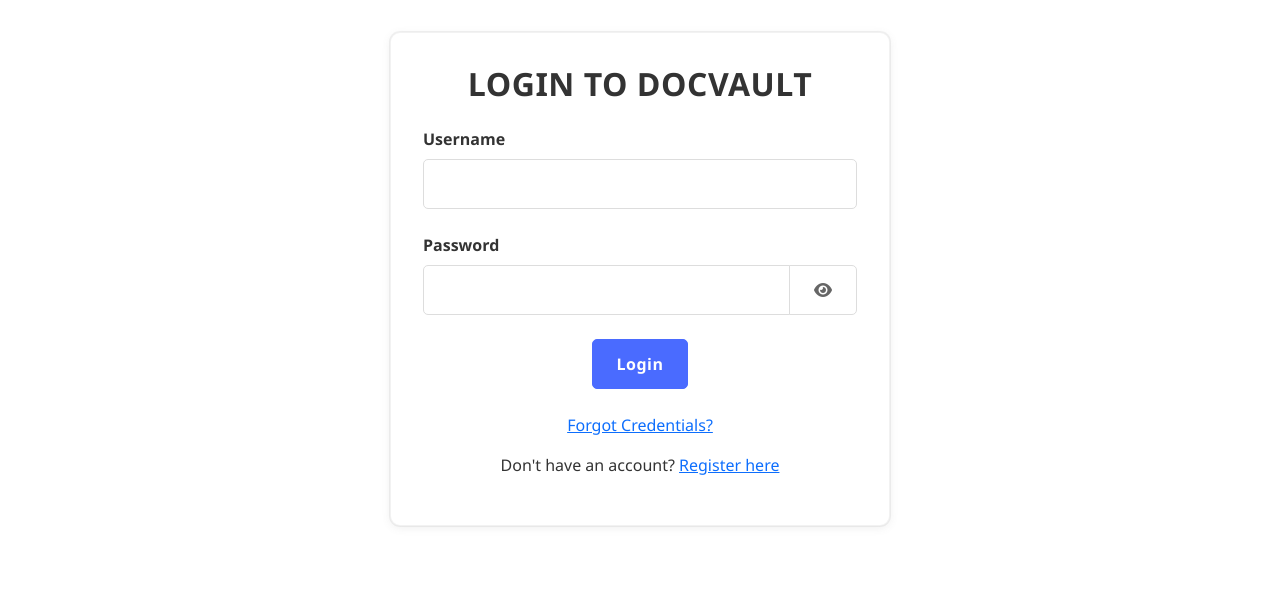
Repository: Satyaveni-Devisetti/DocVault
Page: login.html
The author's editor kept a copy of each file at every save. The page is drawn from the files as they stood at one save, then again after the next save.
The browser window is 1280 px wide. The pictures show the whole page.

Above is the page before, as saved 2025-04-28 14:27:44.
Console error: ReferenceError: emailjs is not defined

### login.html
<!DOCTYPE html>
<html lang="en">
<head>
    <meta charset="UTF-8">
    <meta name="viewport" content="width=device-width, initial-scale=1.0">
    <title>Login - DocVault</title>
    <link href="https://cdn.jsdelivr.net/npm/bootstrap@5.3.0/dist/css/bootstrap.min.css" rel="stylesheet">
    <link rel="stylesheet" href="https://cdnjs.cloudflare.com/ajax/libs/font-awesome/6.0.0/css/all.min.css">
    <link rel="stylesheet" href="styles.css">
</head>
<body>
    <div class="container">
        <div class="row justify-content-center">
            <div class="col-md-6">
                <div class="form-container fade-in">
                    <h2 class="text-center mb-4">Login to DocVault</h2>
                    <div id="alert-container"></div>
                    <form id="login-form">
                        <div class="form-group">
                            <label for="username">Username</label>
                            <input type="text" class="form-control" id="username" name="username" required>
                        </div>
                        <div class="form-group">
                            <label for="password">Password</label>
                            <div class="input-group">
                                <input type="password" class="form-control" id="password" name="password" required>
                                <button class="btn btn-outline-secondary" type="button" id="toggle-password">
                                    <i class="fas fa-eye"></i>
                                </button>
                            </div>
                        </div>
                        <div class="form-group text-center">
                            <button type="submit" class="btn btn-primary btn-block" id="login-button">
                                <span class="button-text">Login</span>
                                <span class="loading d-none"></span>
                            </button>
                        </div>
                        <div class="text-center mt-3">
                            <a href="#" id="forgot-credentials">Forgot Credentials?</a>
                        </div>
                        <div class="text-center mt-3">
                            <p>Don't have an account? <a href="register.html">Register here</a></p>
                        </div>
                    </form>
                </div>
            </div>
        </div>
    </div>

    <!-- Forgot Credentials Modal -->
    <div class="modal fade" id="forgotModal" tabindex="-1">
        <div class="modal-dialog">
            <div class="modal-content">
                <div class="modal-header">
                    <h5 class="modal-title">Recover Credentials</h5>
                    <button type="button" class="btn-close" data-bs-dismiss="modal"></button>
                </div>
                <div class="modal-body">
                    <form id="forgot-form">
                        <div class="form-group">
                            <label for="email">Enter your registered email</label>
                            <input type="email" class="form-control" id="email" name="email" required>
                        </div>
                        <div class="text-center mt-3">
                            <button type="submit" class="btn btn-primary" id="recover-button">
                                <span class="button-text">Recover</span>
                                <span class="loading d-none"></span>
                            </button>
                        </div>
                    </form>
                </div>
            </div>
        </div>
    </div>

    <script src="https://cdn.jsdelivr.net/npm/bootstrap@5.3.0/dist/js/bootstrap.bundle.min.js"></script>
    <script src="https://cdn.jsdelivr.net/npm/@emailjs/browser@3/dist/email.min.js"></script>
    <script>
        (function() {
            emailjs.init("6gwUhzhyxF_mAox_I");
        })();
    </script>
    <script src="script.js"></script>
</body>
</html>

### styles.css
:root {
    --primary-color: #4a6bff;
    --secondary-color: #f8f9fa;
    --text-color: #333;
    --success-color: #28a745;
    --error-color: #dc3545;
}

body {
    font-family: 'Segoe UI', Tahoma, Geneva, Verdana, sans-serif;
    margin: 0;
    padding: 0;
    color: var(--text-color);
}

/* Index Page Styles */
.left-side {
    background-color: var(--secondary-color);
    padding: 2rem;
    display: flex;
    align-items: center;
    justify-content: center;
}

.right-side {
    background-color: white;
    padding: 2rem;
    display: flex;
    flex-direction: column;
    align-items: center;
    justify-content: center;
}

.content h1 {
    font-size: 2.5rem;
    margin-bottom: 1rem;
    color: var(--primary-color);
}

.features {
    list-style: none;
    padding: 0;
}

.features li {
    margin: 1rem 0;
    font-size: 1.1rem;
}

.features i {
    color: var(--primary-color);
    margin-right: 0.5rem;
}

.auth-buttons {
    margin-bottom: 2rem;
}

.auth-buttons .btn {
    margin: 0 0.5rem;
    padding: 0.5rem 1.5rem;
}

.icon-container {
    font-size: 8rem;
    color: var(--primary-color);
    animation: float 3s ease-in-out infinite;
}

@keyframes float {
    0% {
        transform: translateY(0px);
    }
    50% {
        transform: translateY(-20px);
    }
    100% {
        transform: translateY(0px);
    }
}

/* Card and Container Base Styles */
.form-container, .file-card, .alert {
    background: #ffffff;
    border-radius: 10px;
    border: 1px solid rgba(0, 0, 0, 0.05);
    box-shadow: rgba(99, 99, 99, 0.1) 0px 2px 8px 0px, rgba(0, 0, 0, 0.05) 0px 0px 0px 1px;
    transition: all 0.3s ease;
}

.form-container:hover, .file-card:hover {
    box-shadow: rgba(0, 0, 0, 0.1) 0px 10px 15px -3px, rgba(0, 0, 0, 0.05) 0px 4px 6px -2px;
}

.form-container {
    max-width: 500px;
    width: 95%;
    margin: 2rem auto;
    padding: 2rem;
}

.form-container h2 {
    color: #333;
    font-weight: 700;
    margin-bottom: 2rem;
    font-size: clamp(1.5rem, 4vw, 2rem);
    text-transform: uppercase;
    letter-spacing: 0.5px;
}

/* Section Headers */
.section-headers {
    display: flex;
    justify-content: center;
    gap: clamp(1rem, 3vw, 2rem);
    margin-bottom: 2rem;
    padding-bottom: 0.5rem;
    border-bottom: 2px solid #e9ecef;
    flex-wrap: wrap;
}

.section-title {
    color: #666;
    font-size: clamp(1rem, 3vw, 1.25rem);
    font-weight: 600;
    cursor: pointer;
    padding: 0.5rem 1rem;
    margin: 0;
    transition: all 0.3s ease;
    position: relative;
    border: none;
    background: none;
    outline: none;
    white-space: nowrap;
}

.section-title:hover {
    color: var(--primary-color);
}

.section-title.active {
    color: var(--primary-color);
}

.section-title.active::after {
    content: '';
    position: absolute;
    bottom: -0.5rem;
    left: 0;
    width: 100%;
    height: 3px;
    background-color: var(--primary-color);
    transition: all 0.3s ease;
}

/* Form Styles */
.update-form {
    opacity: 0;
    display: none;
    transition: opacity 0.3s ease;
    position: relative;
}

.update-form.active {
    opacity: 1;
    display: block;
}

.form-group {
    margin-bottom: 1.5rem;
}

.form-group label {
    display: block;
    margin-bottom: 0.5rem;
    font-weight: 600;
    color: #333;
    font-size: clamp(0.875rem, 2vw, 1rem);
}

.form-control {
    padding: clamp(0.5rem, 2vw, 0.75rem);
    border-radius: 5px;
    border: 1px solid #ddd;
    width: 100%;
    font-size: clamp(0.875rem, 2vw, 1rem);
    background-color: white;
}

.form-control:focus {
    border-color: var(--primary-color);
    box-shadow: 0 0 0 0.2rem rgba(74, 107, 255, 0.25);
}

/* Input Group for Password Fields */
.input-group {
    display: flex;
    align-items: stretch;
    width: 100%;
    margin-bottom: 1rem;
}

.input-group .form-control {
    border-top-right-radius: 0;
    border-bottom-right-radius: 0;
    margin-bottom: 0;
}

.input-group .btn {
    border-top-left-radius: 0;
    border-bottom-left-radius: 0;
}

/* Button Styles */
.btn {
    padding: clamp(0.5rem, 2vw, 0.75rem) clamp(1rem, 3vw, 1.5rem);
    font-size: clamp(0.875rem, 2vw, 1rem);
    border-radius: 5px;
    transition: all 0.3s ease;
}

.btn-primary {
    background-color: var(--primary-color);
    border-color: var(--primary-color);
    color: white;
    font-weight: 600;
    letter-spacing: 0.5px;
}

.btn-primary:hover {
    transform: translateY(-2px);
    box-shadow: 0 4px 12px rgba(74, 107, 255, 0.2);
}

.btn-outline-secondary {
    background-color: white;
    border-color: #ddd;
    color: #666;
}

.btn-outline-secondary:hover {
    background-color: #f8f9fa;
    border-color: #ddd;
    color: #333;
}

/* File Grid Styles */
.file-grid {
    display: grid;
    grid-template-columns: repeat(auto-fill, minmax(280px, 1fr));
    gap: 1.5rem;
    padding: 1.5rem;
}

.file-card {
    padding: 1.5rem;
    transition: all 0.3s ease;
}

.file-card:hover {
    transform: translateY(-5px);
    box-shadow: rgba(17, 17, 26, 0.1) 0px 8px 24px, rgba(17, 17, 26, 0.1) 0px 16px 56px;
}

.file-actions {
    display: flex;
    justify-content: space-around;
    margin-top: 1rem;
}

.file-actions i {
    cursor: pointer;
    color: var(--primary-color);
    transition: color 0.2s;
}

.file-actions i:hover {
    color: #3a5bef;
}

/* Responsive Design */
@media (max-width: 1200px) {
    .file-grid {
        grid-template-columns: repeat(auto-fill, minmax(250px, 1fr));
        gap: 1.25rem;
        padding: 1.25rem;
    }
}

@media (max-width: 992px) {
    .form-container {
        width: 90%;
        padding: 1.75rem;
    }

    .file-grid {
        grid-template-columns: repeat(auto-fill, minmax(220px, 1fr));
        gap: 1rem;
        padding: 1rem;
    }
}

@media (max-width: 768px) {
    .form-container {
        width: 85%;
        padding: 1.5rem;
        margin: 1.5rem auto;
    }

    .section-headers {
        gap: 1rem;
    }

    .file-grid {
        grid-template-columns: repeat(auto-fill, minmax(200px, 1fr));
    }

    .file-card {
        padding: 1.25rem;
    }
}

@media (max-width: 576px) {
    .form-container {
        width: 92%;
        padding: 1.25rem;
        margin: 1rem auto;
    }

    .section-headers {
        flex-direction: row;
        gap: 0.75rem;
    }

    .section-title {
        padding: 0.4rem 0.8rem;
    }

    .file-grid {
        grid-template-columns: 1fr;
        padding: 0.75rem;
        gap: 1rem;
    }

    .file-card {
        width: 100%;
        min-width: 0;
        max-width: 100%;
        margin: 0 auto 1rem auto;
        box-sizing: border-box;
    }

    .form-group {
        margin-bottom: 1rem;
    }
}

/* Animations */
.fade-in {
    animation: fadeIn 0.5s ease-in;
}

@keyframes fadeIn {
    from {
        opacity: 0;
        transform: translateY(20px);
    }
    to {
        opacity: 1;
        transform: translateY(0);
    }
}

/* Loading Animation */
.loading {
    display: inline-block;
    width: 20px;
    height: 20px;
    border: 3px solid rgba(255,255,255,.3);
    border-radius: 50%;
    border-top-color: #fff;
    animation: spin 1s ease-in-out infinite;
}

@keyframes spin {
    to { transform: rotate(360deg); }
}

/* Error and Success Messages */
.alert {
    margin: 1rem 0;
    padding: clamp(0.75rem, 2vw, 1rem);
    font-size: clamp(0.875rem, 2vw, 1rem);
}

.alert-success {
    background-color: #d4edda;
    border-color: #c3e6cb;
    color: #155724;
}

.alert-error {
    background-color: #f8d7da;
    border-color: #f5c6cb;
    color: #721c24;
}

.spinner-border-sm {
    width: 1rem;
    height: 1rem;
    border-width: 0.2em;
}

.btn:disabled {
    cursor: not-allowed;
    opacity: 0.8;
}

/* Navbar Styles */
.navbar {
    padding: 0.75rem 0;
    background-color: var(--primary-color) !important;
    width: 100%;
    margin: 0;
    box-shadow: 0 2px 8px rgba(0, 0, 0, 0.1);
}

.navbar .container {
    display: flex;
    justify-content: space-between;
    align-items: center;
    padding: 0 2rem;
}

.navbar-brand {
    display: flex;
    align-items: center;
    color: white !important;
    font-size: 1.5rem;
    font-weight: 600;
    text-decoration: none;
}

.navbar-logo {
    width: 40px;
    height: 40px;
    border-radius: 50%;
    margin-right: 12px;
    border: 2px solid white;
    object-fit: cover;
}

.navbar-nav {
    display: flex;
    align-items: center;
    gap: 1.5rem;
}

.nav-link {
    color: white !important;
    text-decoration: none;
    display: flex;
    flex-direction: column;
    align-items: center;
    transition: all 0.3s ease;
}

.nav-icon-circle {
    width: 40px;
    height: 40px;
    border-radius: 50%;
    background: rgba(255, 255, 255, 0.1);
    display: flex;
    align-items: center;
    justify-content: center;
    margin-bottom: 0.5rem;
    border: 2px solid rgba(255, 255, 255, 0.2);
    transition: all 0.3s ease;
}

.nav-link:hover .nav-icon-circle {
    background: white;
    border-color: white;
}

.nav-link:hover .nav-icon-circle i {
    color: var(--primary-color);
}

.nav-link span {
    font-size: 0.875rem;
    color: white;
}

/* Main Icon Styles */
.main-icon {
    display: flex;
    justify-content: center;
    align-items: center;
    height: 100%;
    padding: 2rem;
}

.circular-icon {
    width: 300px;
    height: 300px;
    border-radius: 50%;
    object-fit: cover;
    box-shadow: 0 4px 20px rgba(0, 0, 0, 0.15);
    border: 6px solid var(--primary-color);
}

/* Responsive Styles */
@media (max-width: 1200px) {
    .circular-icon {
        width: 250px;
        height: 250px;
    }
}

@media (max-width: 992px) {
    .navbar-logo {
        width: 40px;
        height: 40px;
    }

    .circular-icon {
        width: 200px;
        height: 200px;
    }
}

@media (max-width: 768px) {
    .navbar .container {
        padding: 0 1rem;
    }

    .navbar-brand {
        font-size: 1.25rem;
    }

    .navbar-logo {
        width: 32px;
        height: 32px;
        margin-right: 8px;
    }

    .circular-icon {
        width: 180px;
        height: 180px;
        border-width: 4px;
    }

    .nav-icon-circle {
        width: 32px;
        height: 32px;
        margin-bottom: 0.25rem;
    }

    .nav-link span {
        font-size: 0.75rem;
    }
}

@media (max-width: 576px) {
    .navbar .container {
        padding: 0 0.75rem;
    }

    .navbar-brand {
        font-size: 1.1rem;
    }

    .navbar-logo {
        width: 28px;
        height: 28px;
        margin-right: 6px;
    }

    .circular-icon {
        width: 150px;
        height: 150px;
    }

    .nav-icon-circle {
        width: 28px;
        height: 28px;
    }

    .section-headers {
        gap: 1rem;
    }

    .section-title {
        font-size: 1.1rem;
        padding: 0.4rem 0.8rem;
    }

    .form-container {
        padding: 1.5rem;
        margin: 1rem;
    }

    .form-container h2 {
        font-size: 1.5rem;
    }

    .nav-link span {
        font-size: 0.7rem;
    }
}

/* Update Details Page Specific */
.nav-tabs {
    border-bottom: 2px solid #dee2e6;
    margin-bottom: 2rem;
}

.nav-tabs .nav-link {
    color: var(--text-color);
    font-weight: 500;
    padding: 0.75rem 1.5rem;
    border: none;
    border-bottom: 2px solid transparent;
    margin-bottom: -2px;
}

.nav-tabs .nav-link:hover {
    border-color: transparent;
    color: var(--primary-color);
}

.nav-tabs .nav-link.active {
    color: var(--primary-color);
    background: none;
    border-bottom: 2px solid var(--primary-color);
}

.tab-content {
    padding: 1rem 0;
}

/* Responsive Navbar */
@media (min-width: 769px) and (max-width: 1200px) {
    /* Tablet - Keep navbar similar to desktop */
    .navbar .container {
        padding: 0 1.5rem;
    }

    .navbar-logo {
        width: 35px;
        height: 35px;
    }

    .nav-icon-circle {
        width: 35px;
        height: 35px;
    }
}

@media (max-width: 768px) {
    /* Mobile navbar adjustments */
    .navbar {
        padding: 0.5rem 0;
    }

    .navbar .container {
        padding: 0 1rem;
    }

    .navbar-brand {
        font-size: 1.25rem;
    }

    .navbar-logo {
        width: 32px;
        height: 32px;
        margin-right: 8px;
    }

    .navbar-nav {
        gap: 1rem;
    }

    .nav-icon-circle {
        width: 32px;
        height: 32px;
        margin-bottom: 0.25rem;
    }

    .nav-link span {
        font-size: 0.75rem;
    }
}

@media (max-width: 576px) {
    /* Small mobile navbar */
    .navbar .container {
        padding: 0 0.75rem;
    }

    .navbar-brand {
        font-size: 1.1rem;
    }

    .navbar-logo {
        width: 28px;
        height: 28px;
        margin-right: 6px;
    }

    .navbar-nav {
        gap: 0.75rem;
    }

    .nav-icon-circle {
        width: 28px;
        height: 28px;
    }

    .nav-link span {
        font-size: 0.7rem;
    }
}

/* Mobile and Tablet Styles */
@media (max-width: 991.98px) {
    .navbar-nav {
        flex-direction: row;
        justify-content: space-around;
        width: 100%;
        padding: 0.5rem 0;
    }

    .nav-link {
        display: flex;
        flex-direction: column;
        align-items: center;
        padding: 0.5rem;
    }

    .nav-icon-circle {
        margin-bottom: 0.25rem;
    }

    .section-headers {
        flex-direction: row;
        flex-wrap: wrap;
    }

    .section-title {
        flex: 1;
        min-width: 150px;
        margin: 0.25rem;
        padding: 0.75rem;
        font-size: 0.9rem;
    }

    .update-form {
        padding: 1rem;
    }

    .form-group {
        margin-bottom: 1rem;
    }
}

/* Tablet specific styles */
@media (min-width: 768px) and (max-width: 991.98px) {
    .container {
        max-width: 95%;
    }

    .section-headers {
        gap: 1rem;
    }

    .section-title {
        font-size: 1rem;
    }
}

/* Mobile specific styles */
@media (max-width: 767.98px) {
    .container {
        padding: 0 1rem;
    }

    .section-headers {
        gap: 0.5rem;
    }

    .section-title {
        font-size: 0.85rem;
        padding: 0.5rem;
    }

    .form-container {
        padding: 1rem;
    }
}

/* Update Details Page Specific */
.update-sections {
    width: 100%;
}

.update-section {
    background: #fff;
    border-radius: 8px;
    padding: 1.5rem;
    height: 100%;
    box-shadow: 0 2px 4px rgba(0,0,0,0.05);
}

.update-section h3.section-title {
    color: var(--primary-color);
    font-size: 1.25rem;
    margin-bottom: 1.5rem;
    padding-bottom: 0.75rem;
    border-bottom: 2px solid var(--primary-color);
}

/* Mobile and Tablet Styles */
@media (max-width: 991.98px) {
    /* Navbar adjustments */
    .navbar {
        padding: 0.5rem 0;
    }

    .navbar .container {
        padding: 0.5rem;
    }

    .navbar-nav {
        display: flex;
        flex-direction: row;
        justify-content: flex-end;
        gap: 1rem;
        margin: 0;
    }

    .nav-link {
        padding: 0;
        margin: 0;
    }

    .nav-icon-circle {
        width: 36px;
        height: 36px;
        margin-bottom: 4px;
    }

    .nav-link span {
        font-size: 0.7rem;
    }

    /* Update sections adjustments */
    .form-container {
        padding: 1rem;
        margin: 0.5rem auto;
    }

    .update-section {
        padding: 1rem;
        margin-bottom: 1rem;
    }

    .update-section h3.section-title {
        font-size: 1.1rem;
        margin-bottom: 1rem;
        text-align: center;
    }

    .form-group {
        margin-bottom: 0.75rem;
    }

    .btn {
        padding: 0.5rem 1rem;
    }
}

/* Tablet specific styles */
@media (min-width: 768px) and (max-width: 991.98px) {
    .navbar-brand {
        font-size: 1.3rem;
    }

    .nav-icon-circle {
        width: 40px;
        height: 40px;
    }

    .nav-link span {
        font-size: 0.8rem;
    }

    .update-section {
        padding: 1.25rem;
    }

    .update-section h3.section-title {
        font-size: 1.2rem;
    }
}

/* Mobile specific styles */
@media (max-width: 767.98px) {
    .navbar-brand {
        font-size: 1.1rem;
    }

    .navbar-logo {
        width: 30px;
        height: 30px;
    }

    .nav-icon-circle {
        width: 32px;
        height: 32px;
    }

    .nav-link span {
        font-size: 0.65rem;
    }

    .form-container {
        padding: 0.75rem;
    }

    .update-section {
        padding: 1rem;
    }

    .update-section h3.section-title {
        font-size: 1rem;
    }

    .form-group label {
        font-size: 0.9rem;
    }

    .form-control {
        font-size: 0.9rem;
        padding: 0.4rem 0.75rem;
    }
}

Loaded but not shown: script.js (985 lines, source omitted)

After the next save:
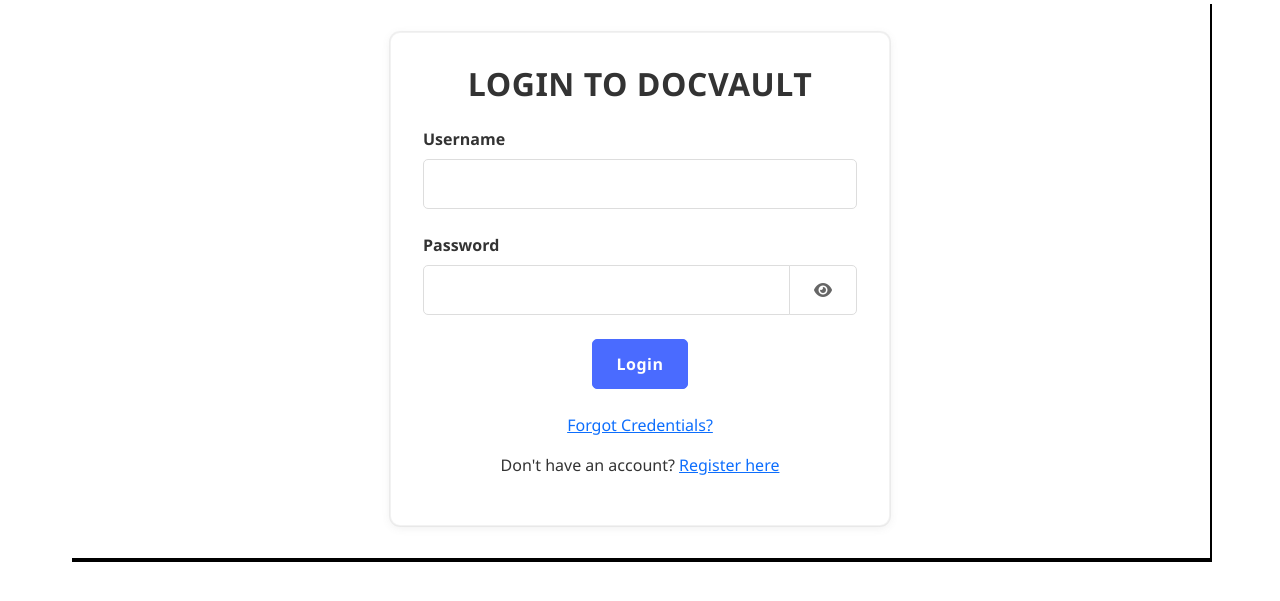
Saved 4 min 6 s later.
--- a/login.html
+++ b/login.html
@@ -9,7 +9,7 @@
     <link rel="stylesheet" href="styles.css">
 </head>
 <body>
-    <div class="container">
+    <div class="container" style="box-shadow: 2px 4px black;">
         <div class="row justify-content-center">
             <div class="col-md-6">
                 <div class="form-container fade-in">
